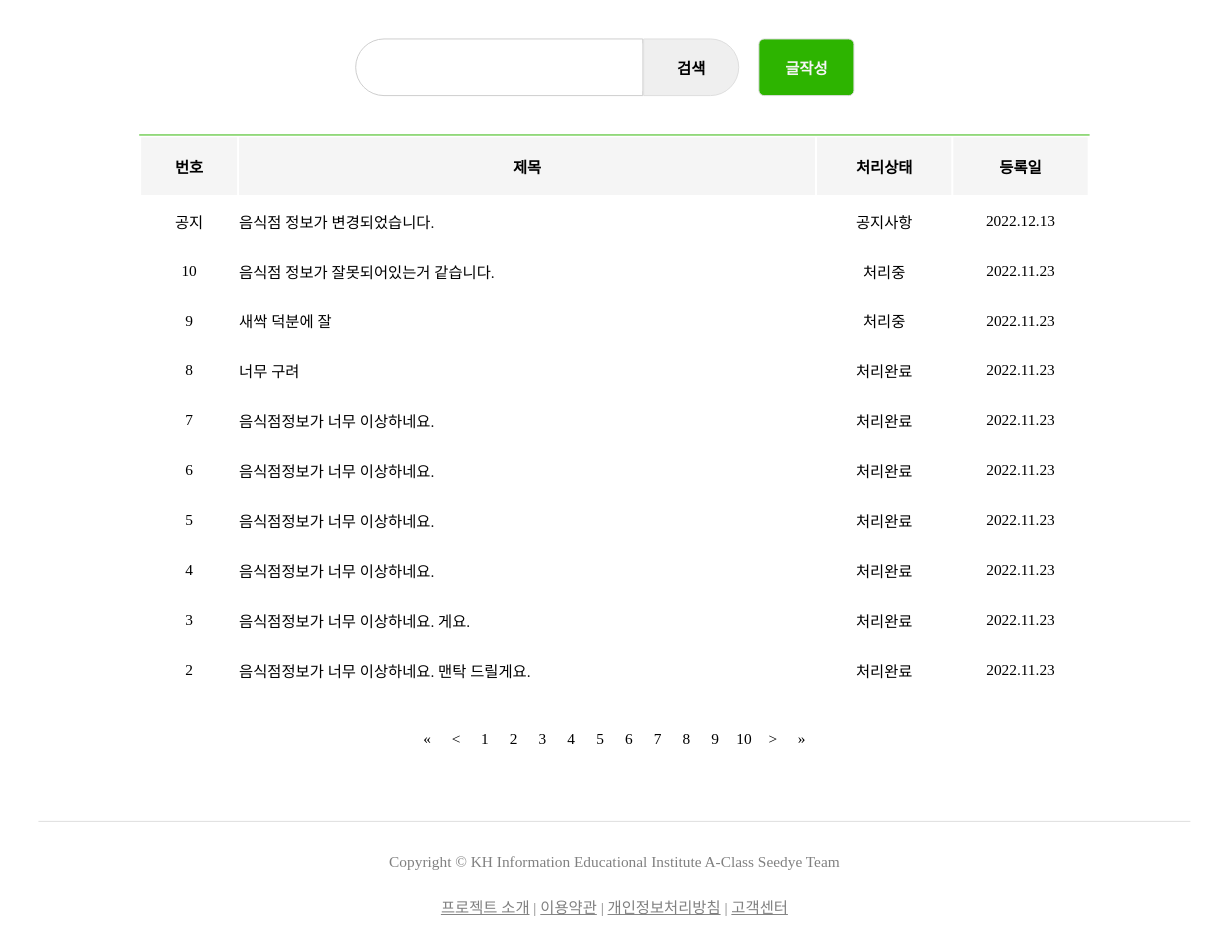
Repository: Seedye/Seedye
Page: team/src/main/webapp/html/board/board-list.html
An editor plug-in stored every save of this project. The page is shown before and after the next save, followed by the edit.
The browser window is 1280 px wide. The pictures show the part of the page from y = 423 to 1412 px (the page is 1412 px tall), at 96% of full size.
Some web fonts or font styles are not loaded; a fallback is used.

Above is the page before, as saved 2022-12-14 18:44:29.

### team/src/main/webapp/html/board/board-list.html
<!DOCTYPE html>
<html lang="en">
<head>
    <meta charset="UTF-8">
    <meta http-equiv="X-UA-Compatible" content="IE=edge">
    <meta name="viewport" content="width=device-width, initial-scale=1.0">
    <title>boardList</title>
    <link rel="stylesheet" href="../../resources/css/header.css">
    <link rel="stylesheet" href="../../resources/css/boardList-style.css">
</head>
<body>
  <header>
        <!-- 헤더 -->
        <section id="header-container">
            <!-- 로고 -->
            <section id="logo-section">
                <a href="#"><img id="logo" src="../../resources/images/새싹이.png"></a>
                <a href="#" id="logo-content">새싹이</a>
            </section>
            <!-- 메뉴창 -->
            <nav id="nav-bar">
                <ul>
                    <li><a href="#"></a>공지사항</li>
                <li><a href="#"></a>커뮤니티</li>
                <li><a href="#"></a>소개</li>
                <li><a href="#"></a>식당 등록 문의</li>
                <li><a href="#"></a>후원</li>
                <li><a href="#"></a>업데이트</li>
                <li><a href="#"></a>관리자</li>
            </ul>
        </nav>
    </section>
    </header>
    <main>
      <!-- board 영역 -->
      <section class="board-body-area">
        <div class="board-title">
          <img src="../../resources/images/children-g5ba4d1b54_1920.jpg" alt="">
          <p>커뮤니티</p>
        </div>

        <!-- 검색 -->
        <div class="board-list-serch-write-area">
          <!-- 검색어 입력 input -->
          <div class="board-list-serch">
            <input type="text" >
          </div>
          <!-- 검색 버튼 -->
          <button>검색</button>
          <!-- 글작성 버튼 -->
          <div class="board-write-btn">글작성</div>
        </div>

        <!-- 게시글 리스트 영역 -->
        <div class="board-list-area">
          <!-- 게시글 나타나는 테이블 -->
          <table class="board-list-table">
            <thead class="board-list-thead">
              <th>번호</th>
              <th>제목</th>
              <th>처리상태</th>
              <th>등록일</th>
            </thead>
            <tbody>

              <!-- 공지 -->
              <tr>
                <td>공지</td>
                <td>음식점 정보가 변경되었습니다.</td>
                <td>공지사항</td>
                <td>2022.12.13</td>
      <!-- colspan="2" -->
              </tr>

              <!-- 게시물 -->
              <tr>
                <td>10</td>
                <td>음식점 정보가 잘못되어있는거 같습니다.</td>
                <td>처리중</td>
                <td>2022.11.23</td>
              </tr>

              <tr>
                <td>9</td>
                <td>새싹 덕분에 잘 </td>
                <td>처리중</td>
                <td>2022.11.23</td>
              </tr>

              <tr>
                <td>8</td>
                <td>너무 구려</td>
                <td>처리완료</td>
                <td>2022.11.23</td>
              </tr>

              <tr>
                <td>7</td>
                <td>음식점정보가 너무 이상하네요. </td>
                <td>처리완료</td>
                <td>2022.11.23</td>
              </tr>
              <tr>
                <td>6</td>
                <td>음식점정보가 너무 이상하네요.  </td>
                <td>처리완료</td>
                <td>2022.11.23</td>
              </tr>
              <tr>
                <td>5</td>
                <td>음식점정보가 너무 이상하네요.  </td>
                <td>처리완료</td>
                <td>2022.11.23</td>
              </tr>
              <tr>
                <td>4</td>
                <td>음식점정보가 너무 이상하네요. </td>
                <td>처리완료</td>
                <td>2022.11.23</td>
              </tr>
              <tr>
                <td>3</td>
                <td>음식점정보가 너무 이상하네요. 게요. </td>
                <td>처리완료</td>
                <td>2022.11.23</td>
              </tr>
              <tr>
                <td>2</td>
                <td>음식점정보가 너무 이상하네요. 맨탁 드릴게요. </td>
                <td>처리완료</td>
                <td>2022.11.23</td>
              </tr>

            </tbody>


          </table>

            <ul class="board-list-page-area">
              <li>&laquo;</li>
              <li>&lt;</li>
              <li class="board-list-page-no">1</li>
              <li class="board-list-page-no">2</li>
              <li class="board-list-page-no">3</li>
              <li class="board-list-page-no">4</li>
              <li class="board-list-page-no">5</li>
              <li class="board-list-page-no">6</li>
              <li class="board-list-page-no">7</li>
              <li class="board-list-page-no">8</li>
              <li class="board-list-page-no">9</li>
              <li class="board-list-page-no">10</li>
              <li>&gt;</li>
              <li>&raquo;</li>
            </ul>
            <!-- <div class="board-list-page-num"></div>
            <div class="board-list-page-num"></div> -->
          </div>

      </section>
    </main>

    <footer>
        <p>
            Copyright &copy; KH Information Educational Institute A-Class Seedye Team
        </p>
        <article>
            <a href="#">프로젝트 소개</a>
            <span>|</span>
            <a href="#">이용약관</a>
            <span>|</span>
            <a href="#">개인정보처리방침</a>
            <span>|</span>
            <a href="#">고객센터</a>
        </article>
    </footer>

</body>
</html>

### team/src/main/webapp/resources/css/header.css

@font-face {
    font-family: 'yg-jalnan';
    src: url('https://cdn.jsdelivr.net/gh/projectnoonnu/noonfonts_four@1.2/JalnanOTF00.woff') format('woff');
    font-weight: normal;
    font-style: normal;
}


@font-face {
    font-family: 'NIXGONM-Vb';
    src: url('https://cdn.jsdelivr.net/gh/projectnoonnu/noonfonts_six@1.2/NIXGONM-Vb.woff') format('woff');
    font-weight: normal;
    font-style: normal;
}

*{
    box-sizing: border-box;
    margin: 0;
    padding: 0;
}

body{
    display: flex;
    justify-content: center;
    align-items: center;
    flex-direction: column;
}


#logo-section{
    width: 1200px;
    display: flex;
    justify-content: center;
    align-items: center;
    margin-top: 20px;
}

#logo{
    width: 50px;
    height: 50px;
}

#logo-content{
    color: #2db400;
    -webkit-text-stroke: 1px white;
    text-decoration: none;
    font-weight: bold;
    font-family: yg-jalnan;
    font-size: 40px;
    padding-top: 10px;
}

#nav-bar{
    display: flex;
    justify-content: center;
    margin: 20px 0px  0px  0px;
}

#nav-bar > ul {
    width: 100%;
    display: flex;
    justify-content: space-between;
    font-weight: bold;
    border-bottom: 1px solid #ddd;
    padding: 0px 20px;
}

#nav-bar > ul > li{
    font-family: NIXGONM-Vb;
    float: left;
    display: flex;
    justify-content: center;
    padding: 20px 35px;
    border-radius: 6px;
    cursor: pointer;
    width: 170px;
    height: auto;
}

#nav-bar > ul > li:hover{
    background-color: rgba(45, 180, 0, 0.6);
    color: white;
    transition-duration: 0.3s;
}

footer {
    width: 1200px;
    height: 134px;
    color: gray;
    font-size: var(--small-font-size);
    padding: 20px 0;

    display: flex;
    flex-direction: column;
    justify-content: space-around;
    align-items: center;

    /* position: absolute; */
    bottom: 0;

    border-top: 1px solid #ddd;
  }

  footer a {
    color: gray;
  }

### team/src/main/webapp/resources/css/boardList-style.css
*{
  font-family: "NIXGONM-Vb";
}

.board-title{
  /* margin-top: 0; */
  width: 99vw;
  height: 250px;
  background-color: white;
  background-color: white;
  display: flex;
  justify-content: center;
  align-items: center;
  font-size: 40px;
}
.board-title > img{
  width: 100%;
  height: 100%;
  object-fit: cover;
  opacity:0.3;
}
.board-title > p{
  position: absolute;
}
/* 검색 영역 스타일 */
.board-list-serch-write-area{
  display: flex;
  align-items: center;
  justify-content: center;
  margin-top: 20px;
  margin-bottom: 20px;

}
.board-list-serch{
  width: 300px;
  height: 60px;
  border-radius: 30px 0 0 30px;
  border: 1px solid rgb(204, 204, 204);

  display: flex;
    justify-content: end;
    align-items: center;
}
.board-list-serch > input{
  width: 260px;
  height: 50px;
  border: 0px;
  font-size: 20px;
}
.board-list-serch > input:focus{
  outline: none;

}
.board-list-serch-write-area > button{
  height: 60px;
  width: 100px;
  border-radius: 0 30px 30px 0;
  border: 1px solid #ddd;
  font-size: 16px;
  cursor: pointer;
  font-weight: bold;
}

.board-write-btn{
  margin: 20px;
  width: 100px;
  height: 60px;
  display: flex;
  align-items: center;
  border-radius: 6px;
  justify-content: center;
  border: 1px solid #ddd;
  cursor: pointer;
  background-color: #2db400;
  color: whitesmoke;
  font-size: 16px;
  font-weight: bold;
}
.board-write-btn:hover{
  transition-duration: 0.2s;
  background-color: #2aa800;
  box-shadow: 1px 1px 1px 1px rgb(206, 204, 204);
  border:none;
}
/* 테이블 스타일 */
.board-list-table{
  text-align: center;

  margin: auto;
  /* width: 90vw; */
  border-top: 1px solid #2db400;
}
/* .board-list-area{
  height: 500px;
} */
.board-list-thead{
  height: 60px;
  /* background-color: rgba(221, 221, 221, 0.623); */
  /* background-color: #ddd; */
  background-color: whitesmoke;
  border-top: 2px solid red;
}
.board-list-thead > tr{
  border: 2px solid red;
}
/* 게시글 번호 부분 */
.board-list-table > tbody > tr > td:first-child {
  width: 100px;
  height: 50px;
  cursor: pointer;
  /* background-color: blueviolet; */

  /* text-align: center; */
}
/* 게시물 제목 부분 */
.board-list-table > tbody > tr > td:nth-child(2){
  /* display: block; */
  width: 600px;
  height: 50px;
  text-align: left;
  cursor: pointer;

}
/* 게시글 처리상태/등록일 부분 */
.board-list-table > tbody > tr > td:nth-child(3),
.board-list-table > tbody > tr > td:nth-child(4){
  /* width: 140px; */
  min-width: 140px;
  height: 50px;
  cursor: pointer;
  /* background-color: red; */
}

/* {
  width: 140px;
  height: 50px;

} */

.board-list-table > tbody> tr{

  height: 50px;
}
.board-list-table > tbody> tr:hover{
  background-color: #2db4001c;

}
/* .board-list-table > tbody > tr > td:hover{
  background-color: #d8f0d0;
} */

/* 페이지 넘기기 스타일 */
.board-list-page-area{
  display: flex;
  justify-content: center;
  margin-top: 30px;
  margin-bottom: 70px;
}

.board-list-page-area>li{
  display: flex;
  justify-content: center;
  align-items: center;
  width: 30px;
  height: 30px;
  list-style:none;
  cursor: pointer;
  /* padding-left: 0px; */
}
.board-list-page-no:hover{
  /* background-color: #061a00; */
  border-bottom: 1px solid #2db400;
}

After the next save:
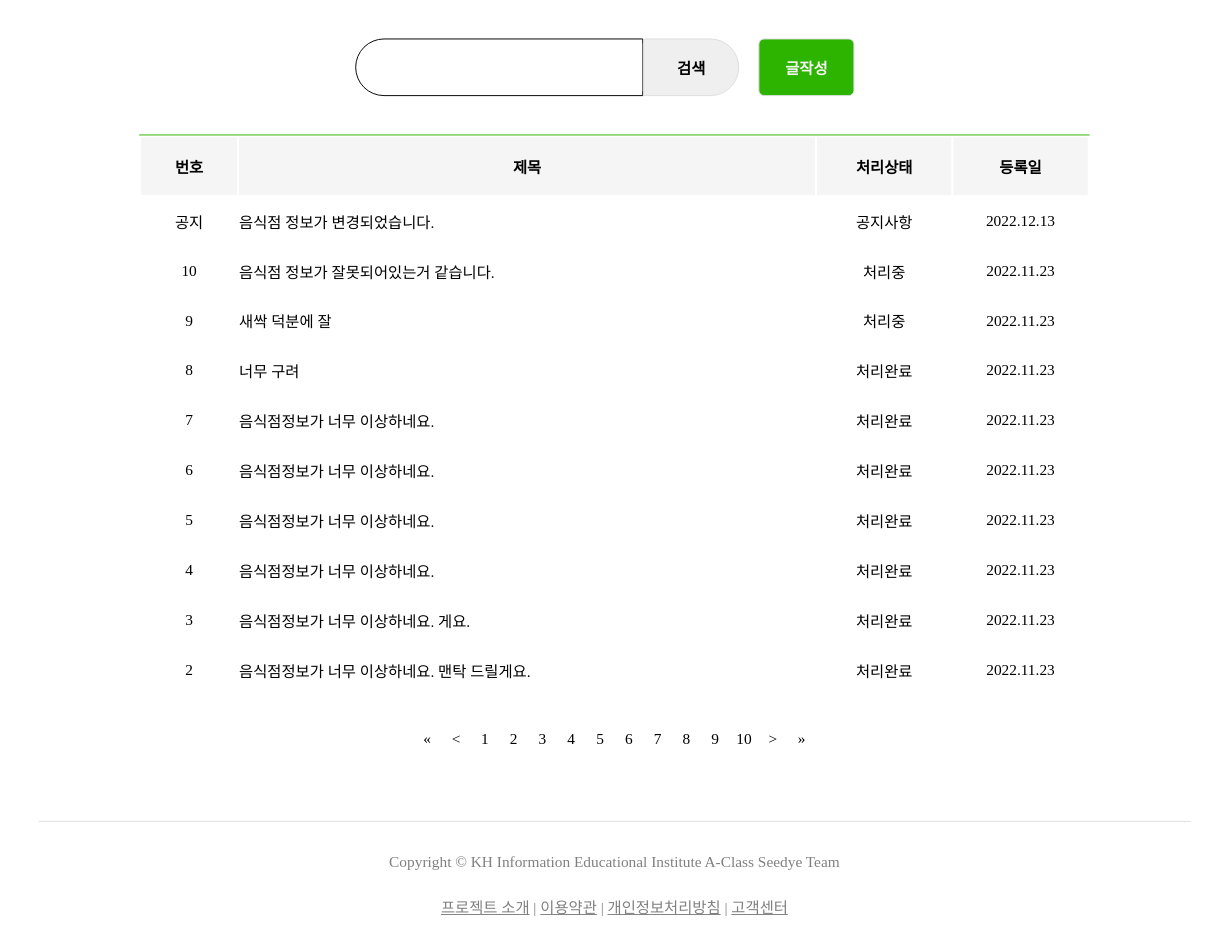
Saved 5 min 30 s later.
--- a/team/src/main/webapp/resources/css/boardList-style.css
+++ b/team/src/main/webapp/resources/css/boardList-style.css
@@ -35,7 +35,7 @@
   width: 300px;
   height: 60px;
   border-radius: 30px 0 0 30px;
-  border: 1px solid rgb(204, 204, 204);
+  border: 1px solid rgb(0, 0, 0);
 
   display: flex;
     justify-content: end;

After the save that followed:
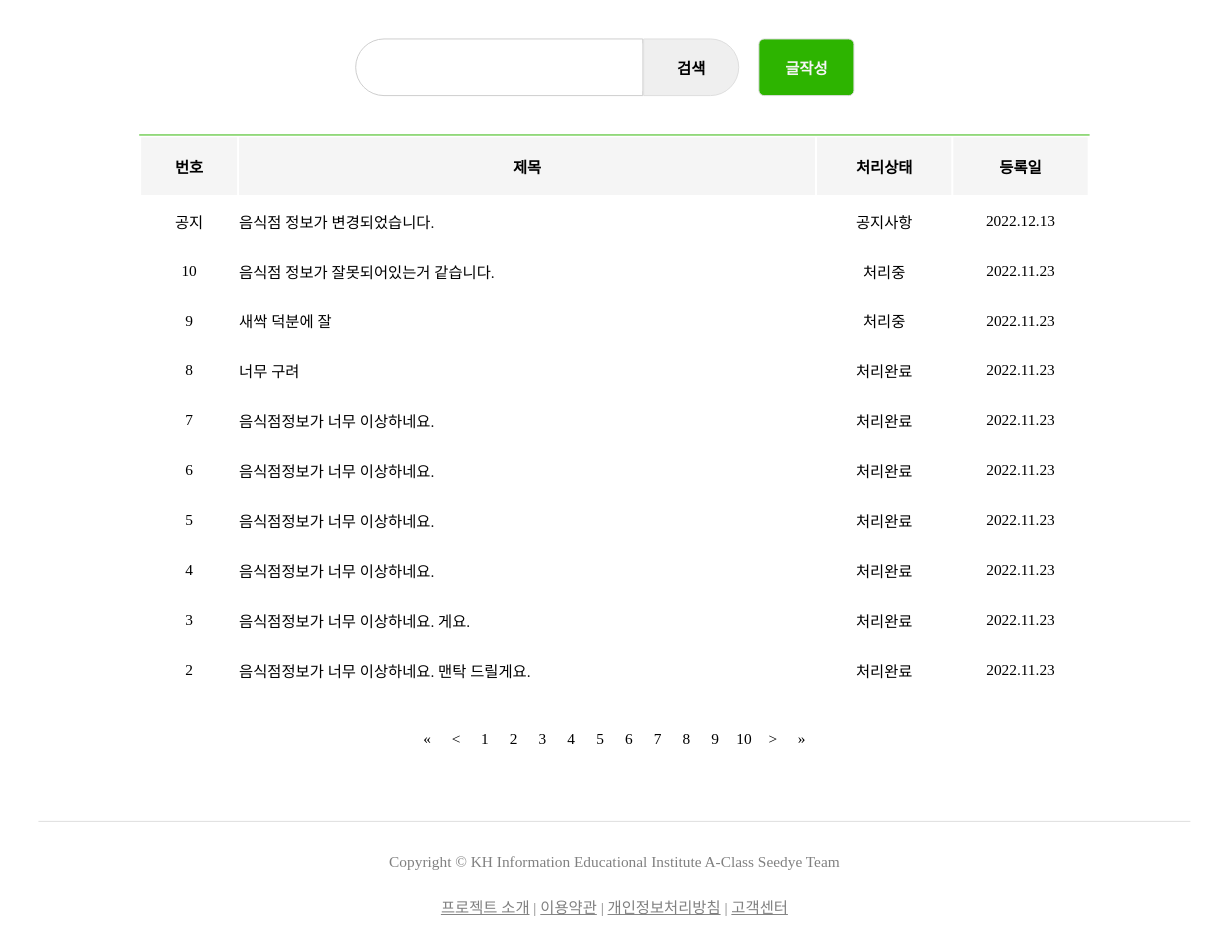
Saved 18 s later.
--- a/team/src/main/webapp/resources/css/boardList-style.css
+++ b/team/src/main/webapp/resources/css/boardList-style.css
@@ -35,7 +35,7 @@
   width: 300px;
   height: 60px;
   border-radius: 30px 0 0 30px;
-  border: 1px solid rgb(0, 0, 0);
+  border: 1px solid rgb(204, 204, 204);
 
   display: flex;
     justify-content: end;
